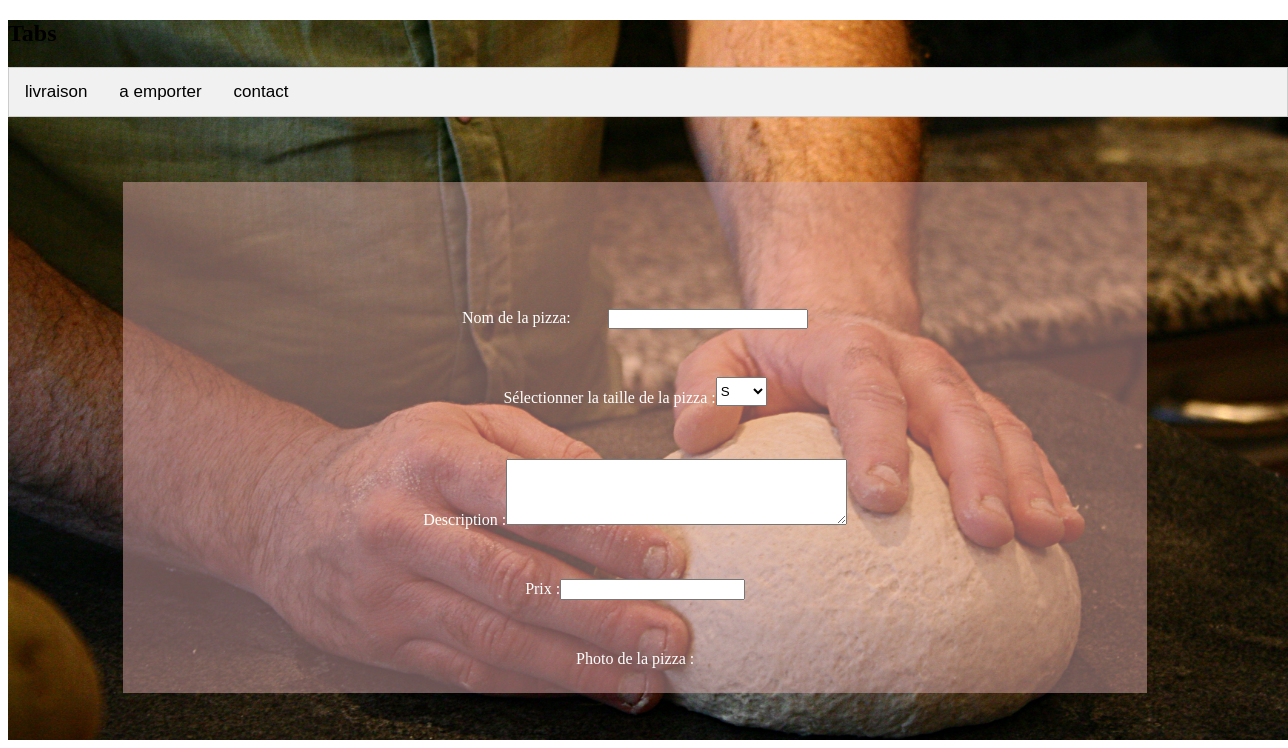
Repository: dev84-unalien/pippo_pizza
Page: admin.html
An editor plug-in stored every save of this project. The page is shown before and after the next save, followed by the edit.
The browser window is 1280 px wide. The page is 1288 px wide, so the pictures cover 1288 px, including what lies to the right of the window. The pictures show the whole page.

Above is the page before, as saved 2019-09-10 15:20:36.

After the next save:
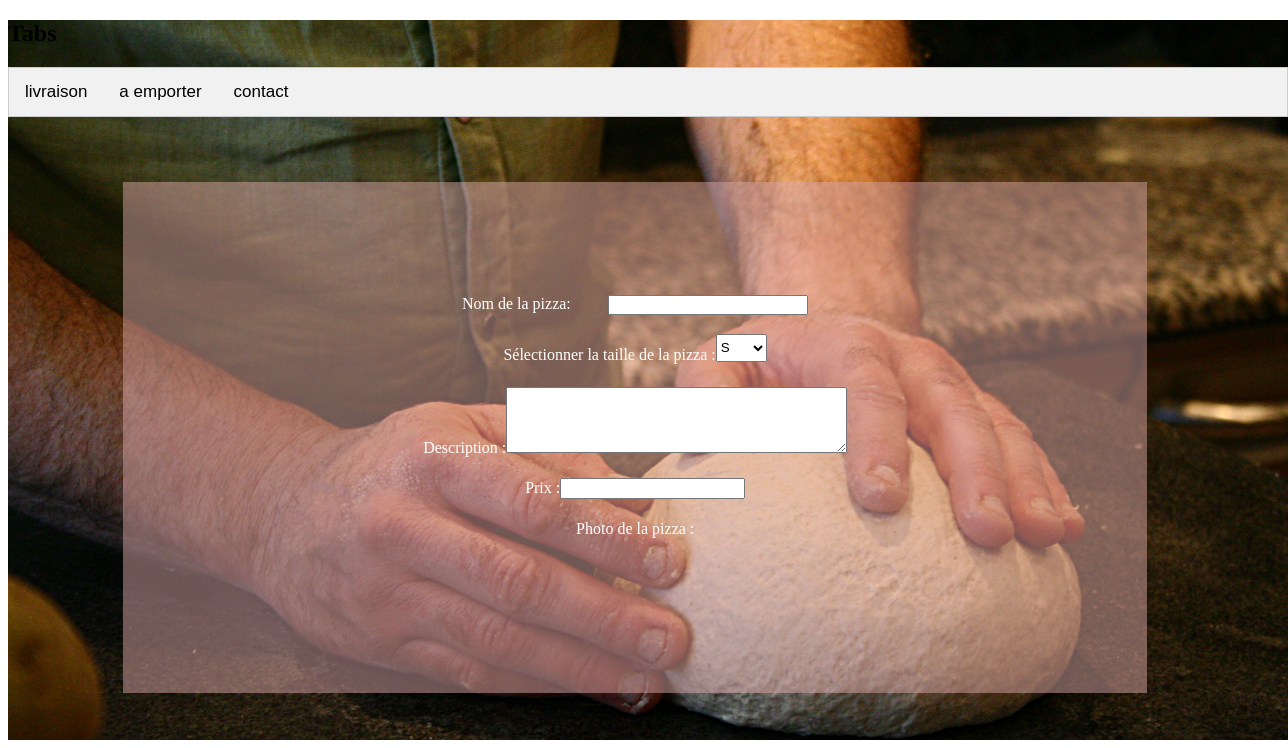
Saved 5 s later.
--- a/admin.html
+++ b/admin.html
@@ -54,7 +54,7 @@
                 <div id="Description">Description :<TEXTAREA name="desc" rows=4 cols=40></TEXTAREA></div>
                 <div id="Prix">Prix :<input id="prix1"></input></div>
 
-                <div id="Image"> Photo de la pizza :</div>
+                <div id="Image"> Photo de la pizza :<div id="img"></div>
             </div>
 
         </div>
